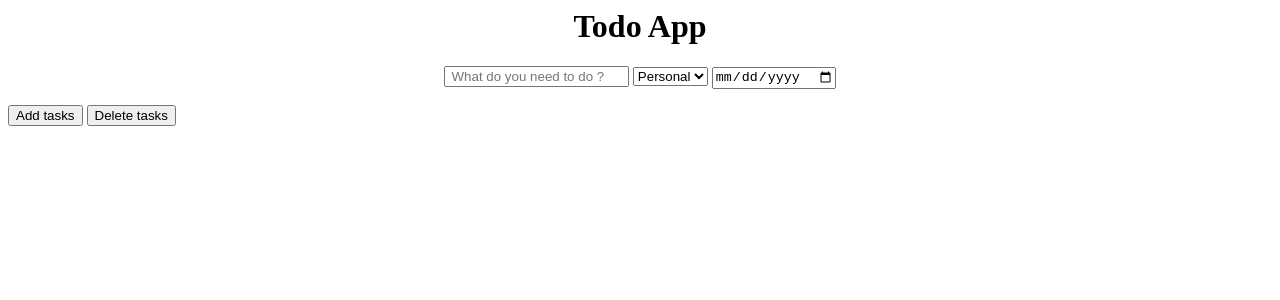
Repository: Sayan-100/Todo-List
Page: http://localhost/
These files come from the project's save history. The page is drawn as it stood at one moment and after the next save; the edit follows.
The browser window is 1280 px wide. The pictures show the whole page.
Some web libraries are served in a nearby version. The page is served by the project's Node server (index.js). Other server files are loaded and not shown. Queries for data that is not in the repository find no rows.

Above is the page before, as saved 2021-12-29 17:54:24.
Not found: js/home.js

### views/home.ejs
<html>

<head>
    <title>
        <%= title %>
    </title>

    <link rel="stylesheet" href="/css/style.css">
    <link rel="stylesheet" href="https://use.fontawesome.com/releases/v5.5.0/css/all.css" integrity="sha384-B4dIYHKNBt8Bc12p+WXckhzcICo0wtJAoU8YZTY5qE0Id1GSseTk6S+L3BlXeVIU" crossorigin="anonymous">

</head>

<body>
    <h1> Todo App </h1>
    <form id="create-todo" action="/create_todo" method="POST">
        <input type="text" name="Description" placeholder=" What do you need to do ?" required>

        <select name="Category" required>
        <option>Personal</option>
        <option>Work</option>
        <option>Cleaning</option>
        <option>School</option>
        <option> others</option>
        </select>

        <input type="date" id="birthday " name="DueDate">

    </form>
    <button type="submit" form="create-todo">Add tasks</button>

    <button type="submit" form="delete-form">Delete tasks</button>

    <!-- form attribute is used to link the button with the form  by specifying the id -->

    <div id="todo-list-container">
        <form id="delete-form" action="/delete-todo" method="POST">
            <ul>
                <% for(let i of todo_list) {%>
                    <li class="todo">
                        <input type="checkbox" name="<%=i._id%>" value="">
                        <!-- name attribute is used to take id of selected to do list from the from tag to the controller-->
                        <div class="details">
                            <p>
                                <%= i.Description %>
                            </p>
                            <p>
                                <button><%= i.Category %></button>
                            </p>

                            <p>

                                <%= i.DueDate  %>
                            </p>
                        </div>
                    </li>
                    <% } %>
            </ul>

        </form>
    </div>



    <script type="text/javascript" src="/js/home.js">
    </script>

</body>

</html>

### index.js
const express = require('express');
const path = require('path');
const port = 8000;

const db = require('./config/mongoose');
const to_do = require('./models/to-do');

const app = express();

app.set('view engine', 'ejs');
app.set('views', path.join(__dirname, 'views'));

app.use(express.urlencoded());
app.use(express.static('assests'));
app.get('/', function(req, res) {

    //res.send('<h1>cool it is running or is it ?</h1>')
    to_do.find({}, function(err, todos) {
        if (err) {
            console.log('Error in fetching todo from db');
            return;
        }

        return res.render('home', {
            title: "My todo List",
            todo_list: todos
        });
    });

});

app.post('/delete-todo', function(req, res) {
    let id = req.query.id;
    Object.keys(req.body).forEach(function(id) {
        to_do.findByIdAndDelete(id, function(err) {
            if (err) {
                console.log('Error in deleting a object form database');
                return;
            }
        });
        return res.redirect('back');
    })
});

//   to_do.findByIdAndDelete(id, function(err) {
//         if (err) {
//             console.log('Error in deleting a object form database');
//             return;
//         }

//         return res.redirect('back');
//})
app.post('/create_todo', function(req, res) {

    let date = "NO DEADLINE";
    console.log('**********', date);
    if (req.body.DueDate) {
        date = req.body.DueDate;
    }

    to_do.create({
        Description: req.body.Description,
        Category: req.body.Category,
        DueDate: date

    }, function(err, newTodo) {

        if (err) {
            console.log('Error in creating a todo');
            return;
        }

        console.log('**********', newTodo);
        return res.redirect('back');

    });
});


app.listen(port, function(err) {
    if (err) {
        console.log('Error in running server');
    }

    console.log('Yup! my server is running on port', port);
});

### assests/css/style.css
h1 {
    text-align: center;
}

form {
    text-align: center;
}

li {
    list-style: none;
}

input {
    display: inline-block;
}

After the next save:
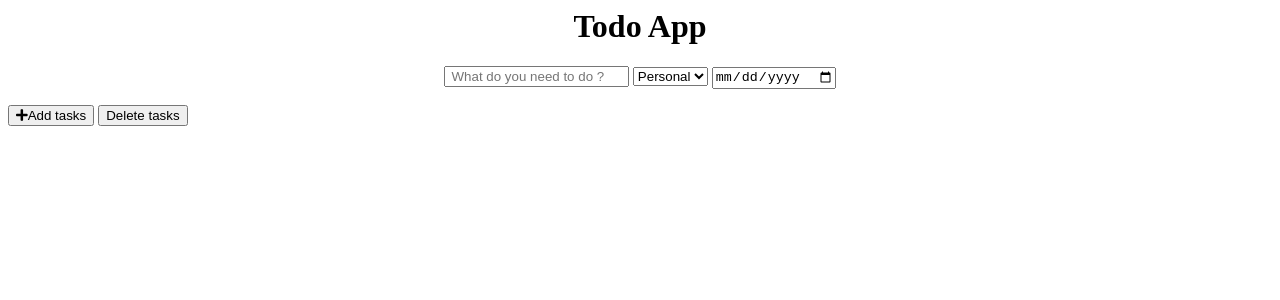
Saved 27 min 23 s later.
--- a/views/home.ejs
+++ b/views/home.ejs
@@ -26,7 +26,7 @@
         <input type="date" id="birthday " name="DueDate">
 
     </form>
-    <button type="submit" form="create-todo">Add tasks</button>
+    <button type="submit" form="create-todo"><i class="fas fa-plus"></i>Add tasks</button>
 
     <button type="submit" form="delete-form">Delete tasks</button>
 
